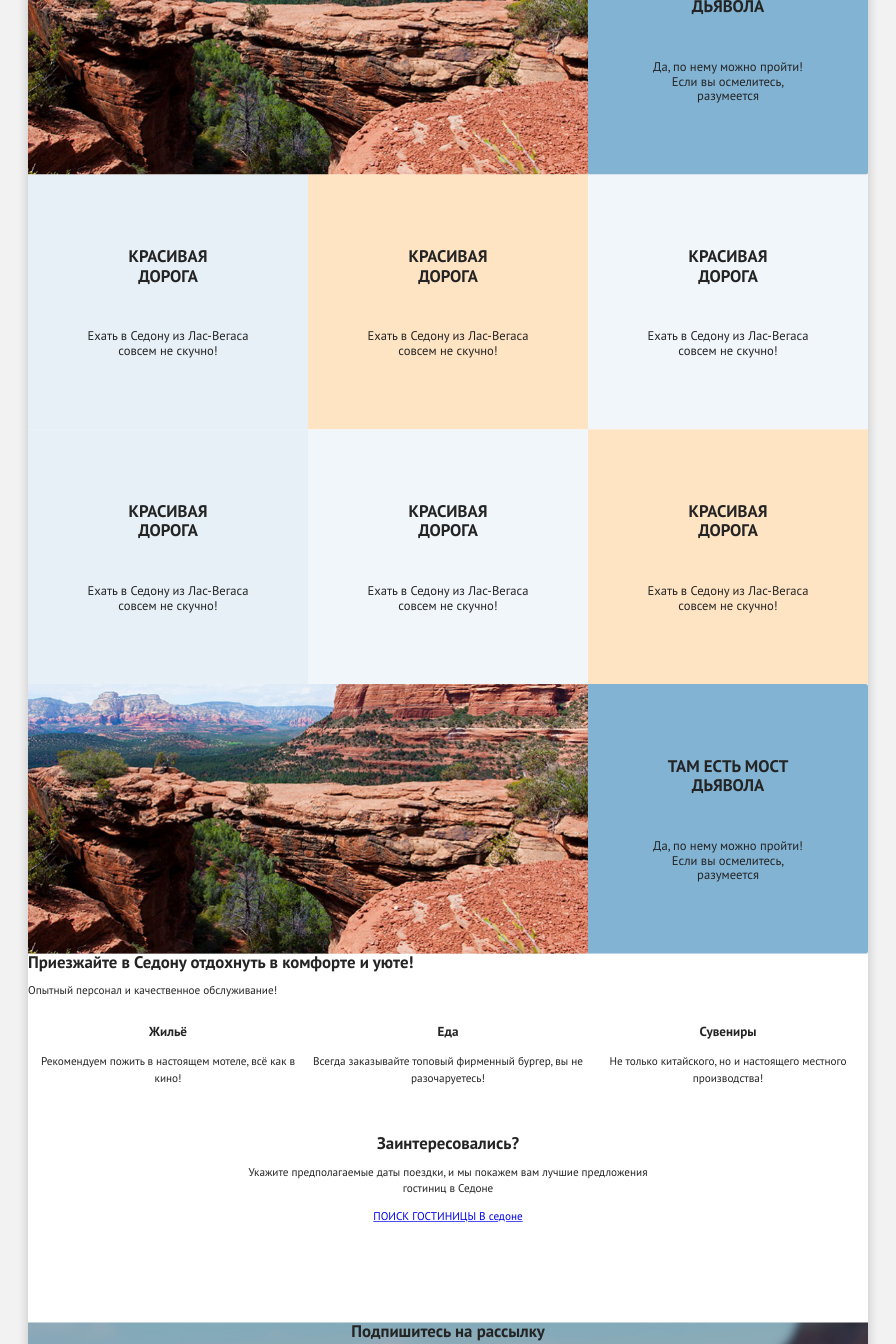
Repository: zakhgagne/2512253-sedona-1
Page: index.html
The author's editor kept a copy of each file at every save. The page is drawn from the files as they stood at one save, then again after the next save.
The browser window is 1280 px wide. The pictures show the part of the page from y = 1715 to 3635 px (the page is 4163 px tall before and 3435 px after), at 70% of full size.

Above is the page before, as saved 2024-05-11 12:00:48.

After the next save:
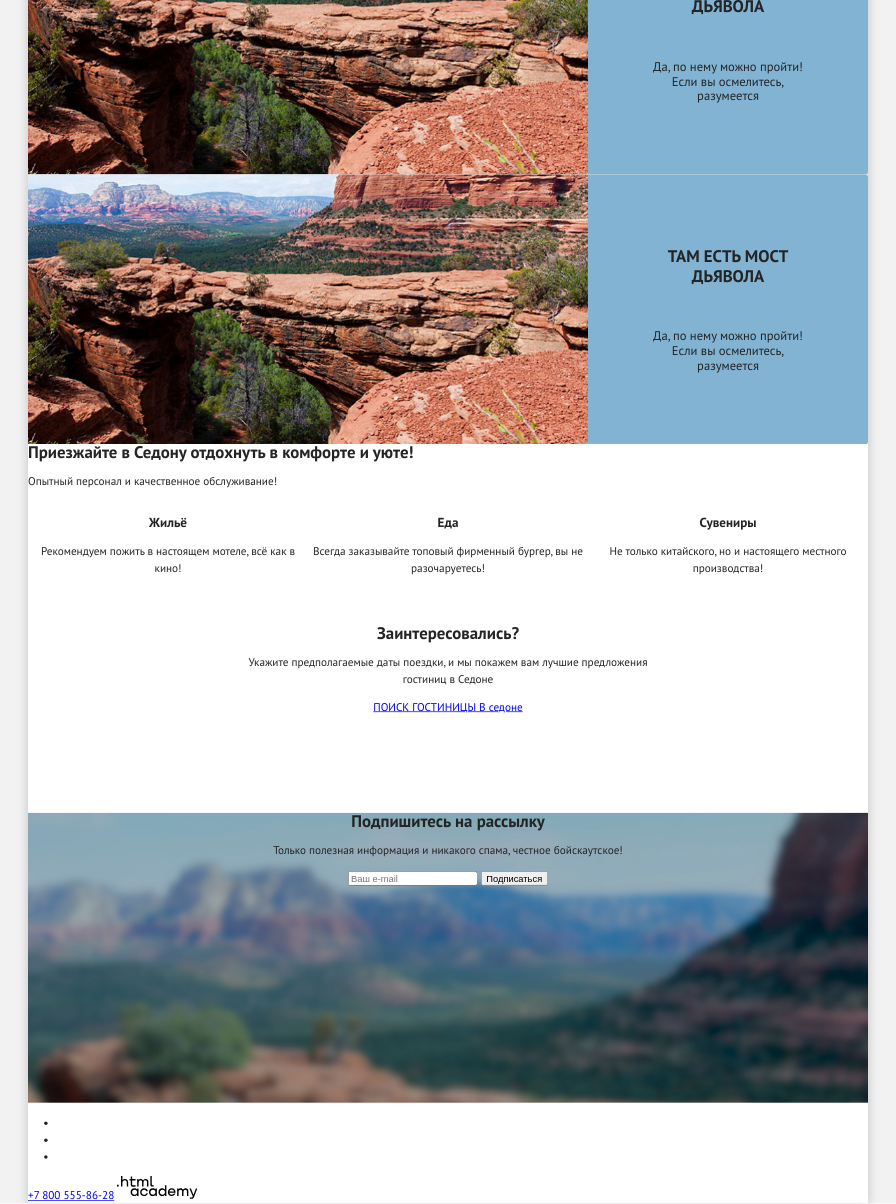
Saved 113 min 31 s later.
--- a/index.html
+++ b/index.html
@@ -87,42 +87,6 @@
                 <p class="reason-text">Да, по нему можно пройти! Если вы осмелитесь, разумеется</p>
               </div>
             </li>
-            <li class="reason-item">
-              <div class="reason-container">
-                <h3 class="reason-title">Красивая дорога</h3>
-                <p class="reason-text">Ехать в Седону из Лас-Вегаса совсем не скучно!</p>
-              </div>
-            </li>
-            <li class="reason-item">
-              <div class="reason-container">
-                <h3 class="reason-title">Красивая дорога</h3>
-                <p class="reason-text">Ехать в Седону из Лас-Вегаса совсем не скучно!</p>
-              </div>
-            </li>
-            <li class="reason-item">
-              <div class="reason-container">
-                <h3 class="reason-title">Красивая дорога</h3>
-                <p class="reason-text">Ехать в Седону из Лас-Вегаса совсем не скучно!</p>
-              </div>
-            </li>
-            <li class="reason-item">
-              <div class="reason-container">
-                <h3 class="reason-title">Красивая дорога</h3>
-                <p class="reason-text">Ехать в Седону из Лас-Вегаса совсем не скучно!</p>
-              </div>
-            </li>
-            <li class="reason-item">
-              <div class="reason-container">
-                <h3 class="reason-title">Красивая дорога</h3>
-                <p class="reason-text">Ехать в Седону из Лас-Вегаса совсем не скучно!</p>
-              </div>
-            </li>
-            <li class="reason-item">
-              <div class="reason-container">
-                <h3 class="reason-title">Красивая дорога</h3>
-                <p class="reason-text">Ехать в Седону из Лас-Вегаса совсем не скучно!</p>
-              </div>
-            </li>
             <li class="reason-item reason-item-special">
               <img src="./images/photo-2.jpg" class="reason-image" width="" height="">
               <div class="reason-container">
